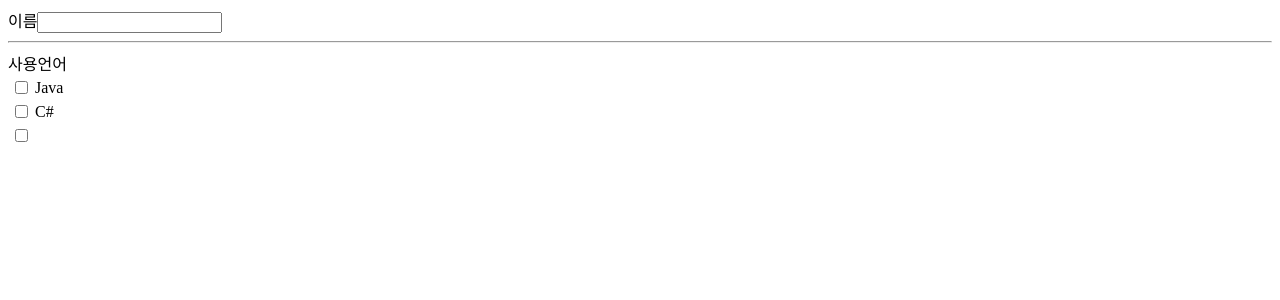
Repository: Gabintree/JDBC2019
Page: Jsp20190510_start/WebContent/20190528_Param.html
An editor plug-in stored every save of this project. The page is shown before and after a run of saves, followed by the edit.
The browser window is 1280 px wide. The pictures show the whole page.

Above is the page before, as saved 2019-05-28 02:24:21.

After the next 2 saves:
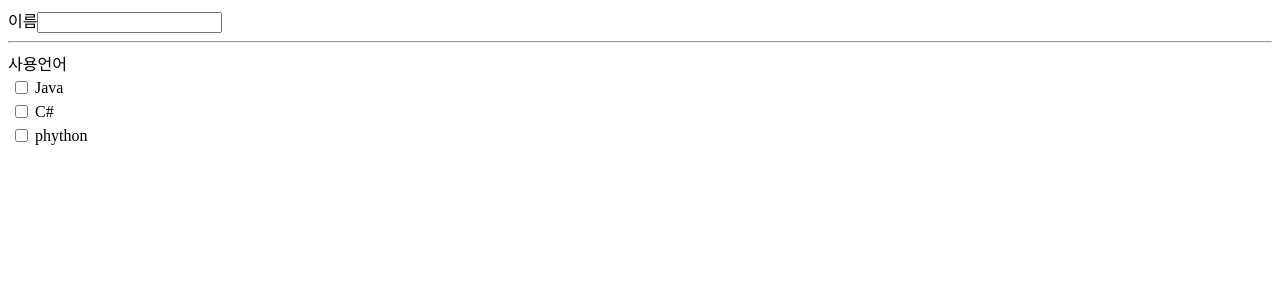
The 2 saves are shown as one change because they came seconds apart.
The last was saved 20 s later.
--- a/Jsp20190510_start/WebContent/20190528_Param.html
+++ b/Jsp20190510_start/WebContent/20190528_Param.html
@@ -18,7 +18,9 @@
 				<td>C#</td>
 			</tr>
 			<tr>
-				<td><input type="checkbox" name="language" value="phython">
+				<td><input type="checkbox" name="language" value="phython"></td>
+				<td>phython</td>
+			</tr>
 
 		</table>
 	</form>
